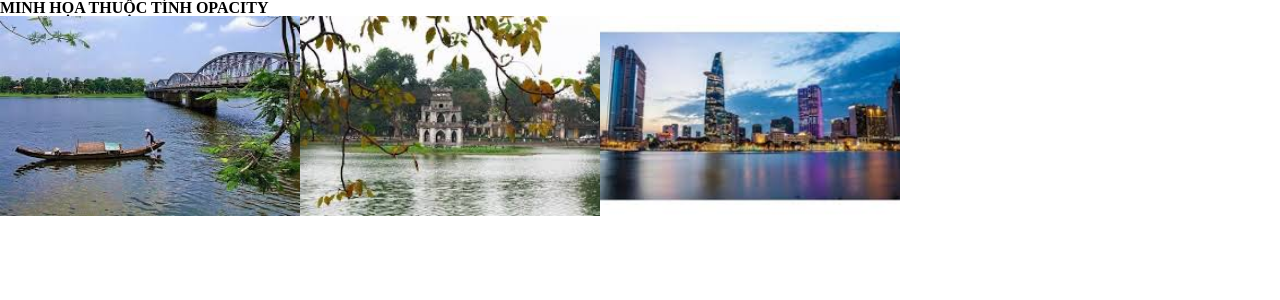
Repository: Tan-Khang21/TH_TKW--Buoi_07
Page: Bai_Tap_Tren_lop/Bai_04/Opacity1.html
An editor plug-in stored every save of this project. The page is shown before and after the next save, followed by the edit.
The browser window is 1280 px wide. The pictures show the whole page.

Above is the page before, as saved 2024-03-12 16:27:40.

### Bai_Tap_Tren_lop/Bai_04/Opacity1.html
<!DOCTYPE html>
<html lang="en">
  <head>
    <meta charset="UTF-8" />
    <meta name="viewport" content="width=device-width, initial-scale=1.0" />
    <title>Document</title>
    <link rel="stylesheet" href="style.css" />
    <link rel="stylesheet" href="reset.css" />
  </head>
  <body>
    <h5 class="title">minh họa thuộc tính opacity</h5>
    <div class="container">
      <div class="box">
        <img src="images/images1.jpg" alt="" />
      </div>
      <div class="box">
        <img src="images/images3.jpg" alt="" />
      </div>
      <div class="box">
        <img src="images/images2.jpg" alt="" />
      </div>
    </div>
  </body>
</html>

### Bai_Tap_Tren_lop/Bai_04/style.css
* {
  box-sizing: border-box;
}
body {
  width: 100%;
}
.title {
  font-weight: bold;
  text-transform: uppercase;
}
.container {
  display: flex;
}
.box {
  width: 300px;
  height: 200px;
}
.box img {
  width: 100%;
  height: 100%;
  object-fit: cover;
}

Loaded but not shown: Bai_Tap_Tren_lop/Bai_04/reset.css (common file)

After the next save:
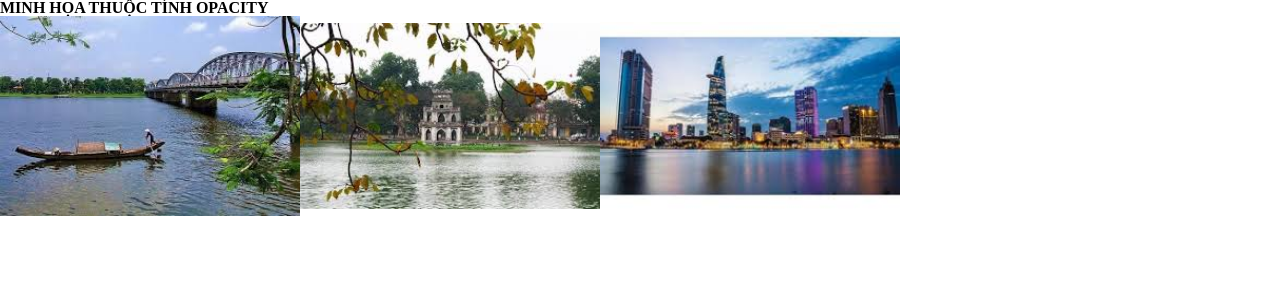
Saved 53 s later.
--- a/Bai_Tap_Tren_lop/Bai_04/style.css
+++ b/Bai_Tap_Tren_lop/Bai_04/style.css
@@ -18,5 +18,5 @@
 .box img {
   width: 100%;
   height: 100%;
-  object-fit: cover;
+  object-fit: contain;
 }

After the save that followed:
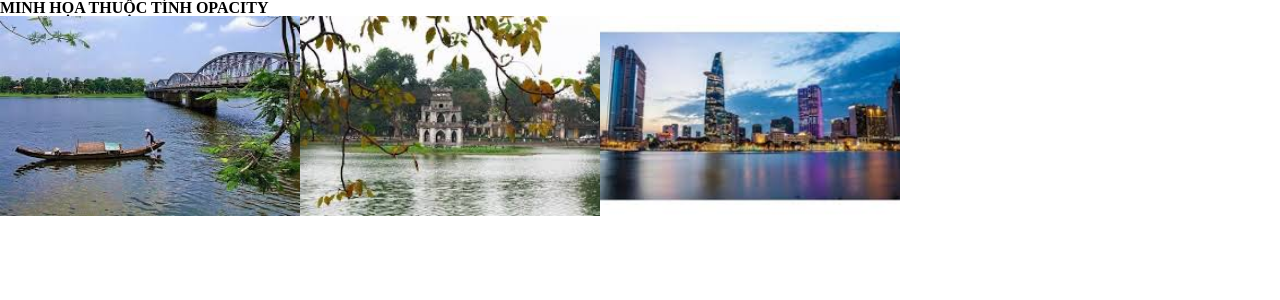
Saved 9 s later.
--- a/Bai_Tap_Tren_lop/Bai_04/style.css
+++ b/Bai_Tap_Tren_lop/Bai_04/style.css
@@ -18,5 +18,5 @@
 .box img {
   width: 100%;
   height: 100%;
-  object-fit: contain;
+  object-fit: cover;
 }
